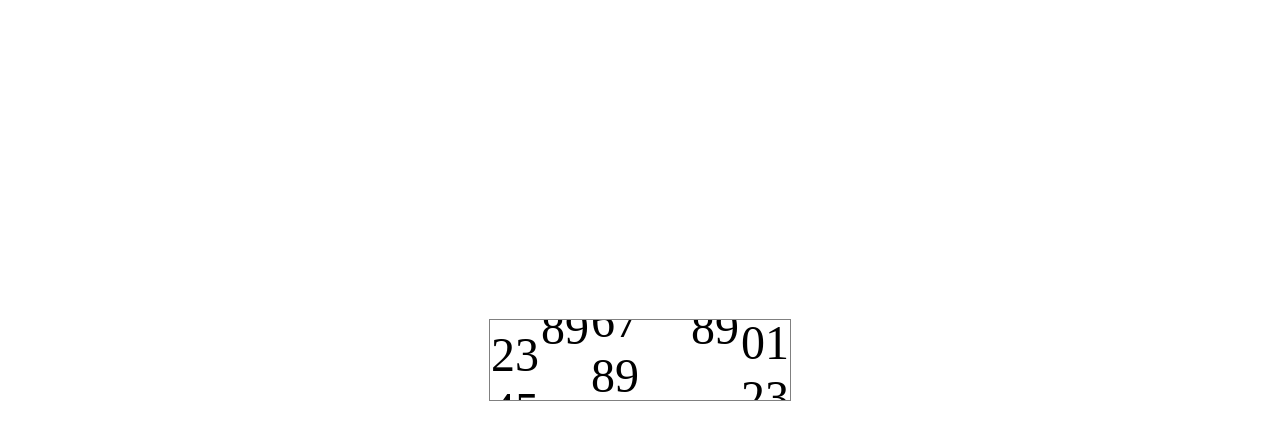
Repository: cbtpro/javascript
Page: src/animation-time/index.html
These files come from the project's save history. The page is drawn as it stood at one moment and after the next save; the edit follows.
The browser window is 1280 px wide. The pictures show the whole page.

Above is the page before, as saved 2023-04-05 17:21:53.

After the next save:
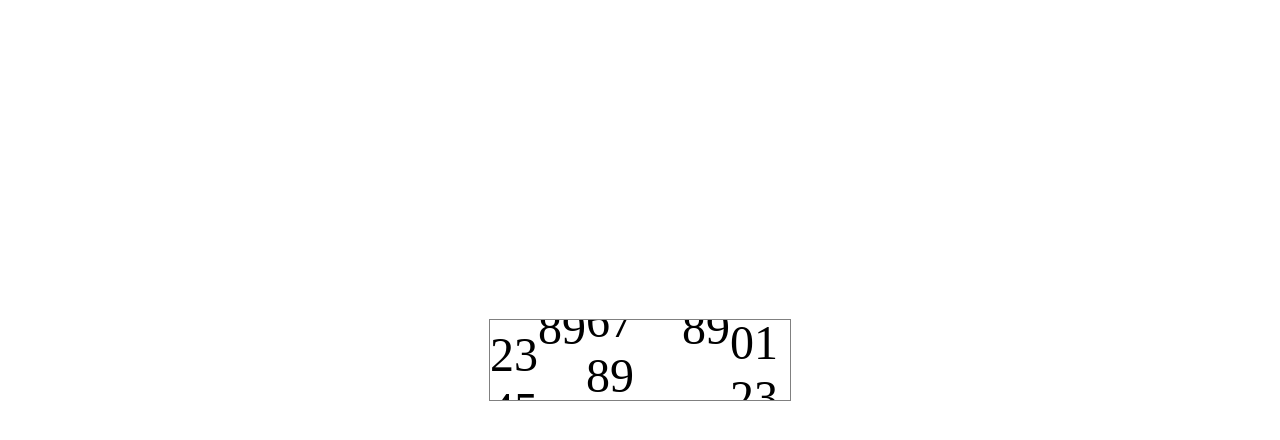
Saved 12 s later.
--- a/src/animation-time/index.html
+++ b/src/animation-time/index.html
@@ -30,7 +30,7 @@
       float: left;
       position: relative;
       font-size: 4em;
-      width: 50px;
+      width: 1em;
       text-align: center;
       word-wrap: break-word;
       transition: top 1s;
